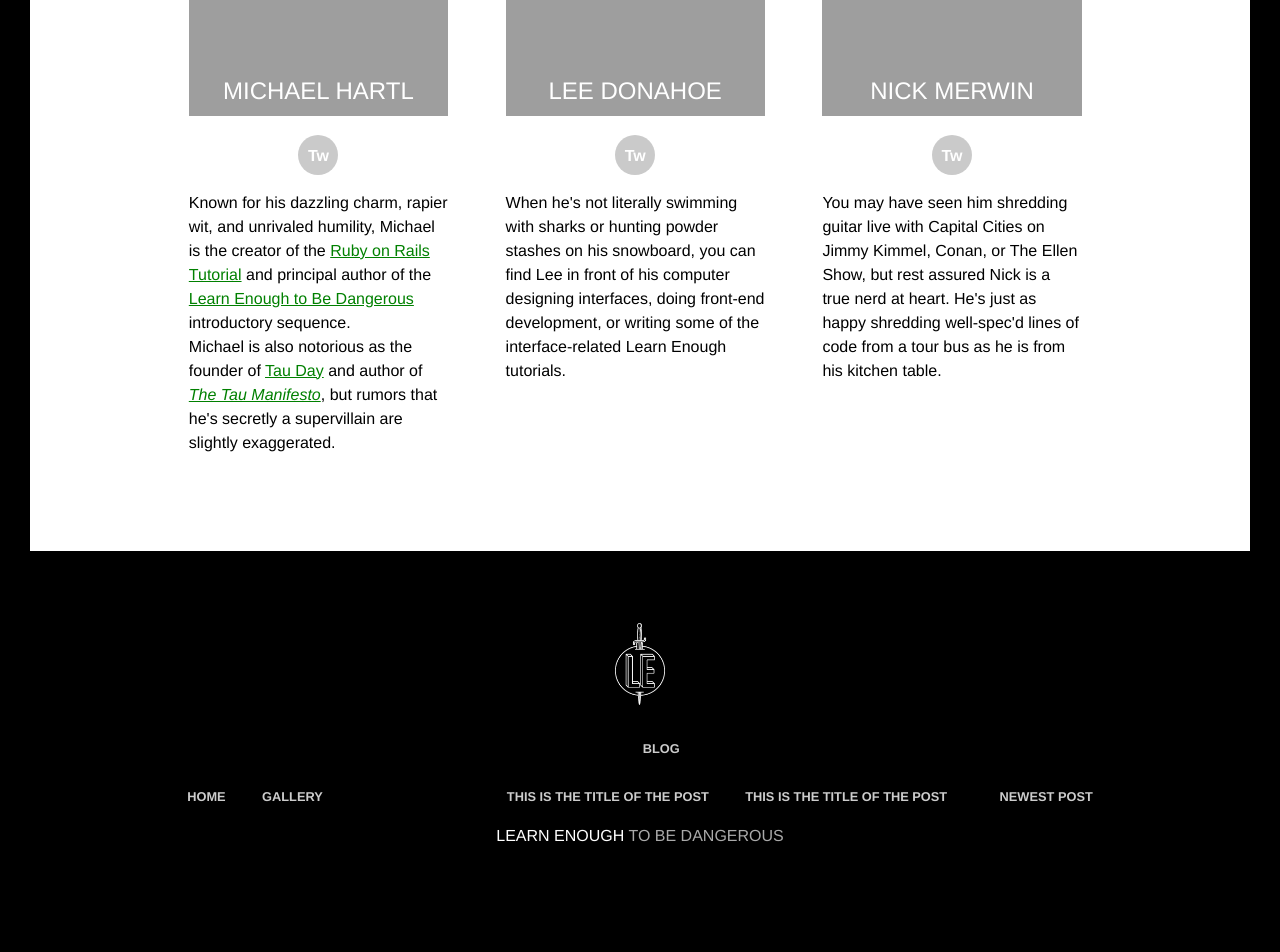
Repository: rvass/learn-enough-CSS
Page: _site/index.html
The author's editor kept a record of every edit. The page is drawn from the files as they stood at one moment, then again after the next edit.
The browser window is 1280 px wide. The pictures show the part of the page from y = 1901 to 2853 px (the page is 2853 px tall before and 2751 px after).
Pictures or frames that could not be fetched are drawn as grey boxes. A picture or video elsewhere on the page could not be fetched, so the positions and the page height are approximate.

Above is the page before.

After the next edit:
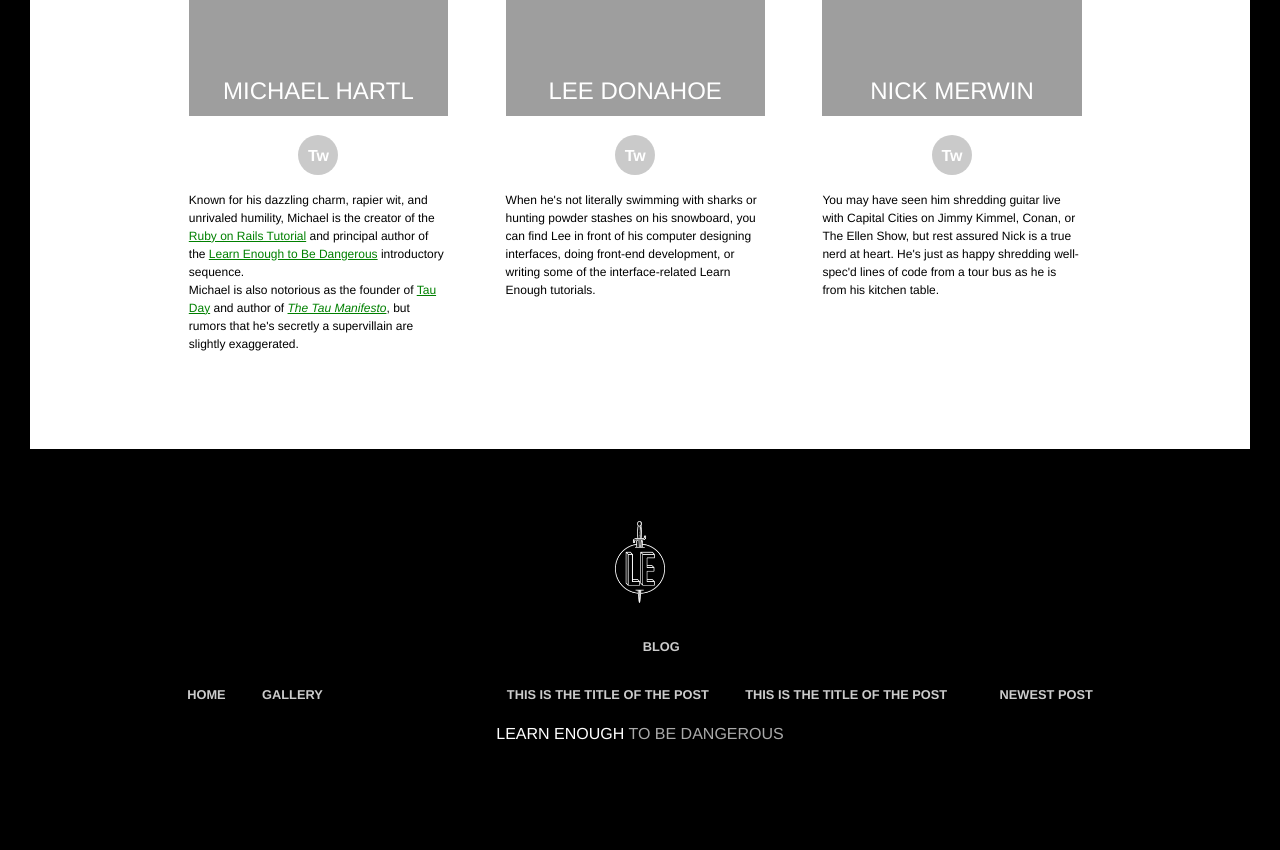
The edit:
--- a/css/main.css
+++ b/css/main.css
@@ -243,7 +243,7 @@
   margin: 2em auto 1em;
 }
 .bio-copy {
-  font-size: 1em;
+  font-size: 0.75em;
   line-height: 1.5;
 }
 .bio-copy a {
